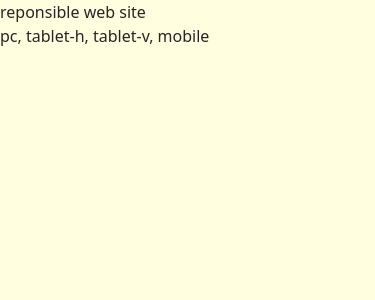
Repository: johneybi/deepdive_6
Page: 1110.html
These files come from the project's save history. The page is drawn as it stood at one moment and after the next save; the edit follows.
The browser window is 375 px wide. The pictures show the whole page.
Some web fonts or font styles are not loaded; a fallback is used. Some web libraries are served in a nearby version.

Above is the page before, as saved 2025-11-10 10:30:53.

### 1110.html
<!DOCTYPE html>
<html lang="en">

<head>
    <meta charset="UTF-8">
    <meta name="viewport" content="width=device-width, initial-scale=1.0">
    <title>Document</title>
    <script src="https://cdn.tailwindcss.com"></script>
    <link rel="stylesheet" href="./css/reset.css">
    <link rel="preconnect" href="https://cdn.jsdelivr.net" crossorigin="anonymous" />
    <link rel="preload" as="style" crossorigin
        href="https://cdn.jsdelivr.net/gh/wanteddev/wanted-sans@v1.0.3/packages/wanted-sans/fonts/webfonts/variable/split/WantedSansVariable.min.css" />
    <link rel="stylesheet"
        href="https://cdn.jsdelivr.net/gh/wanteddev/wanted-sans@v1.0.3/packages/wanted-sans/fonts/webfonts/variable/split/WantedSansVariable.min.css" />
    <style>
        body {
            background-color: lightblue;
            color: #252525;
        }

        @media all and (max-width:1200px) {
            body {
                background-color: lightgreen;
            }
        }

        @media all and (max-width:1024px) {
            body {
                background-color: lightyellow;
            }
        }

        @media all and (max-width:768px) {
            body {
                background-color: lightyellow;
            }
        }

        @media all and (max-width:480px) {
            body {
                background-color: lightyellow;
            }
        }
    </style>
</head>

<body>
    <h1>reponsible web site</h1>
    pc, tablet-h, tablet-v, mobile
</body>

</html>

### css/reset.css
@charset "utf-8"

*, *::before, *::after { box-sizing: border-box; }
* { margin: 0; padding: 0; }

body {
}


img {
    max-width: 100%;
}

.blind {
    position: absolute;
    clip: rect(0 0 0 0);
    width: 1px;
    height: 1px;
    margin: -1px;
    overflow: hidden;
}

button {
    border: none;
    background-color: transparent;
    cursor: pointer;
}

a {
    color: inherit;
    text-decoration: none;
}

h1,
h2,
h3,
h4,
h5,
h6 {
    font-size: inherit;
}

h1,
h2,
h3,
h4,
h5,
h6,
b,
strong {
    font-weight: inherit;
}

i,
em,
address {
    font-style: inherit;
}

ul, ol {
    list-style: none;
}

ul, ol {
    padding: 0;
    margin: 0;
}

@font-face {
    font-family: 'Pretendard Variable';
    font-weight: 45 920;
    font-style: normal;
    src: url('https://cdn.jsdelivr.net/gh/orioncactus/pretendard/dist/web/variable/woff2/PretendardVariable.woff2') format('woff2-variations');
}

After the next save:
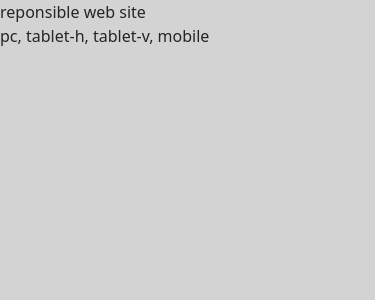
Saved 8 h 33 min later.
--- a/1110.html
+++ b/1110.html
@@ -32,13 +32,13 @@
 
         @media all and (max-width:768px) {
             body {
-                background-color: lightyellow;
+                background-color: lightpink;
             }
         }
 
         @media all and (max-width:480px) {
             body {
-                background-color: lightyellow;
+                background-color: lightgray;
             }
         }
     </style>
